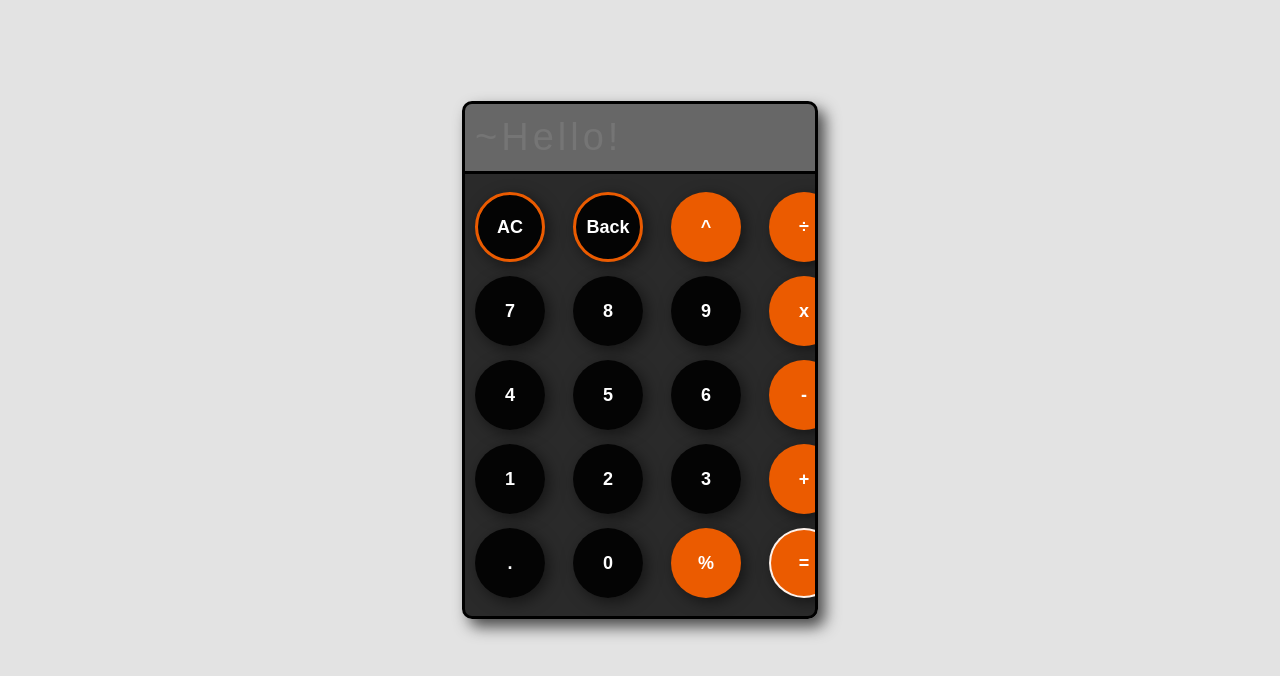
Repository: SakthivelDurai47/calculator
Page: index.html
These files come from the project's save history. The page is drawn as it stood at one moment and after the next save; the edit follows.
The browser window is 1280 px wide. The pictures show the whole page.

Above is the page before, as saved 2025-04-13 17:08:16.

After the next save:
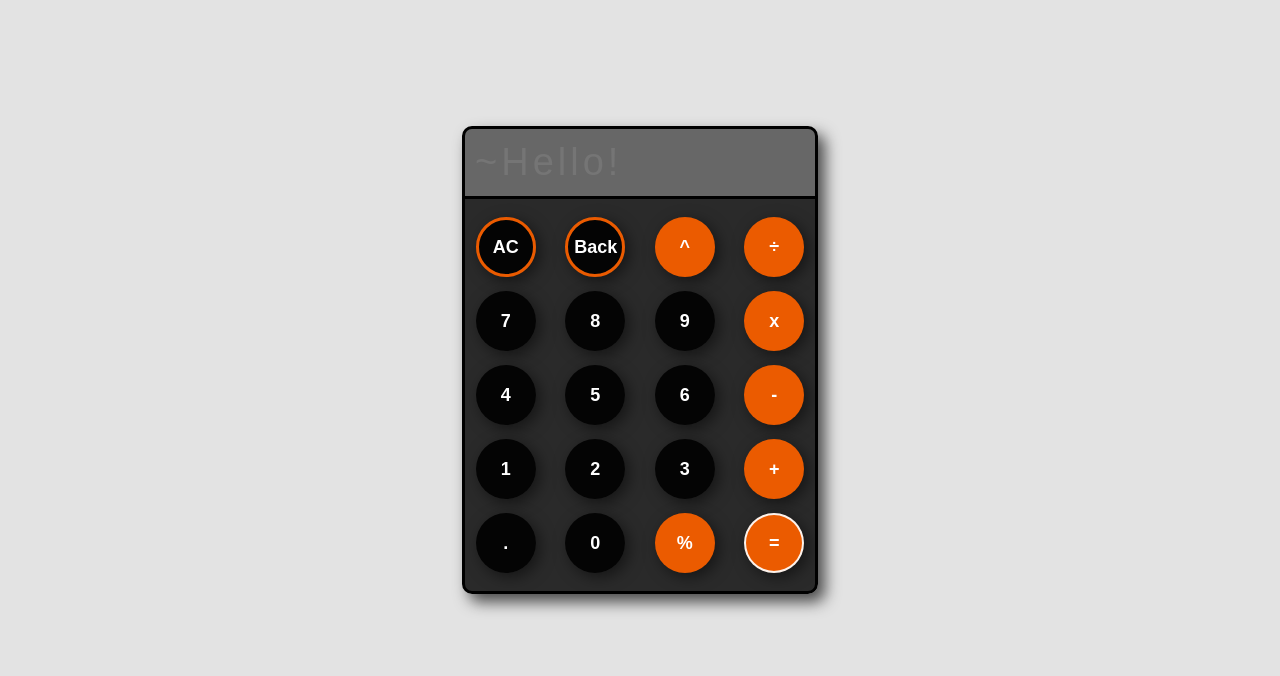
Saved 25 s later.
--- a/styles.css
+++ b/styles.css
@@ -14,9 +14,9 @@ body {
   justify-items: center;
 }
 button {
-  width: 70px;
-  height: 70px;
-  border-radius: 35px;
+  width: 60px;
+  height: 60px;
+  border-radius: 30px;
   border: none;
   background-color: rgba(0, 0, 0, 0.9);
   color: white;
